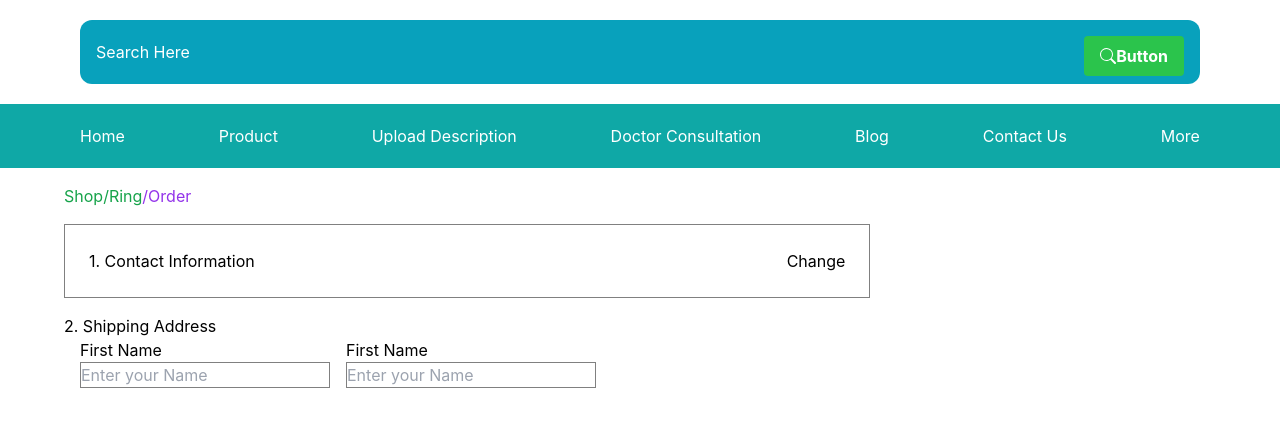
Repository: arafatmollah/form-pharma
Page: /
These files come from the project's save history. The page is drawn as it stood at one moment and after the next save; the edit follows.
The browser window is 1280 px wide. The pictures show the whole page.
The project was rebuilt for these pictures with package versions that can differ from the ones it lists, and the page was loaded fresh each time.

Above is the page before, as saved 2023-03-14 23:48:02.

### src/index.js


import React from 'react';
import ReactDOM from 'react-dom/client';
import './index.css';
import App from './App';
import reportWebVitals from './reportWebVitals';

const root = ReactDOM.createRoot(document.getElementById('root'));
root.render(
  <React.StrictMode>
    <App />
  </React.StrictMode>
);

// If you want to start measuring performance in your app, pass a function
// to log results (for example: reportWebVitals(console.log))
// or send to an analytics endpoint. Learn more: https://bit.ly/CRA-vitals
reportWebVitals();

### src/App.js

import './App.css';
import Nav from './Nav';
import Form from './Form';

function App() {
  return (
    <div className="App">
     <Nav></Nav>
     <Form></Form>
    </div>
  );
}

export default App;

### src/App.css
.box-border{
  background-color: #08A1BC;
}
.btn {
  @apply font-bold py-2 px-4 rounded;
  background-color: #2BC44C;
  color: white;
}
.btn-blue {
  @apply bg-blue-500 text-white;
}
.btn-blue:hover {
  @apply bg-blue-700;
}
.nav{
  background-color: #0FA8A6;
}
.info{
  width: 70%;
  border: 1px solid gray;
}
.input{
  border: 1px solid gray;
}

### src/Nav.js
import React from 'react'
import './App.css';
import { BsSearch } from 'react-icons/bs';

function Nav() {
  return (
    <div>
        <div className='box-border h-16 w-100 p-4 mx-20 my-5 rounded-xl'>
          <div className='flex justify-between align-middle'>
                <p className='text-white mt-1'>Search Here</p>
                <button className="btn mb-1 py-2 flex items-center justify-between"><BsSearch></BsSearch> Button</button>
          </div>
        </div>
        <div className='box-border h-16 w-100 nav'>
            <div className='flex mx-20 items-center justify-between text-white'>
            <div className='mt-5'>Home</div>
            <div className='mt-5'> Product</div>
            <div className='mt-5'>Upload Description</div>
            <div className='mt-5'>Doctor Consultation</div>
            <div className='mt-5'>Blog</div>
            <div className='mt-5'>Contact Us</div>
            <div className='mt-5'>More</div>
            </div>
        </div>
    </div>
  )
}

export default Nav

### src/Form.js
import React from 'react'

function form() {
  return (
    <div>
        <div className='mx-16'>
            <div className='flex my-4'>
                <p className='text-green-600'>Shop</p>
                <p className='text-green-600'> /Ring</p>
                <p className='text-purple-600'>/Order</p>
            </div>
            <div>
            <div className='info p-6 flex justify-between'>
              <p>1. Contact Information</p>
              <p>Change </p>
            </div>
            <div className='my-4'>
              <p>2. Shipping Address</p>
              <form>
               <div className='flex'>
               <div className='mx-4'>
                <label>First Name</label> <br></br>
                <input className='input' type='text' placeholder="Enter your Name"></input>
                </div>
                <div>
                <label>First Name</label> <br></br>
                <input className='input' type='text' placeholder="Enter your Name"></input>
                </div>
               </div>
              </form>
            </div>
            </div>
        </div>
    </div>
  )
}

export default form

Loaded but not shown: public/index.html (common file); src/index.css (common file); src/reportWebVitals.js (common file); tailwind.config.js (common file)

After the next save:
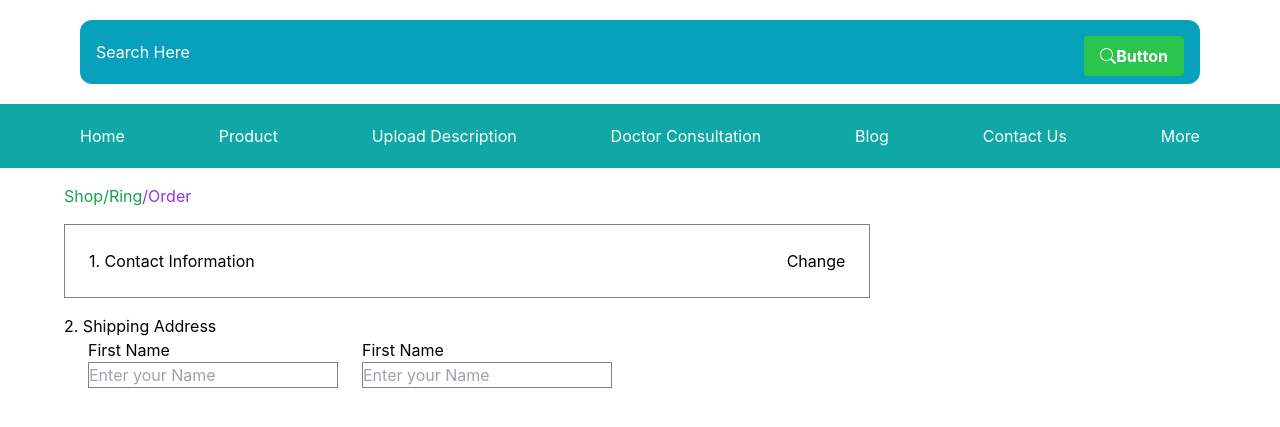
Saved 6 s later.
--- a/src/Form.js
+++ b/src/Form.js
@@ -18,7 +18,7 @@ function form() {
               <p>2. Shipping Address</p>
               <form>
                <div className='flex'>
-               <div className='mx-4'>
+               <div className='mx-6'>
                 <label>First Name</label> <br></br>
                 <input className='input' type='text' placeholder="Enter your Name"></input>
                 </div>
